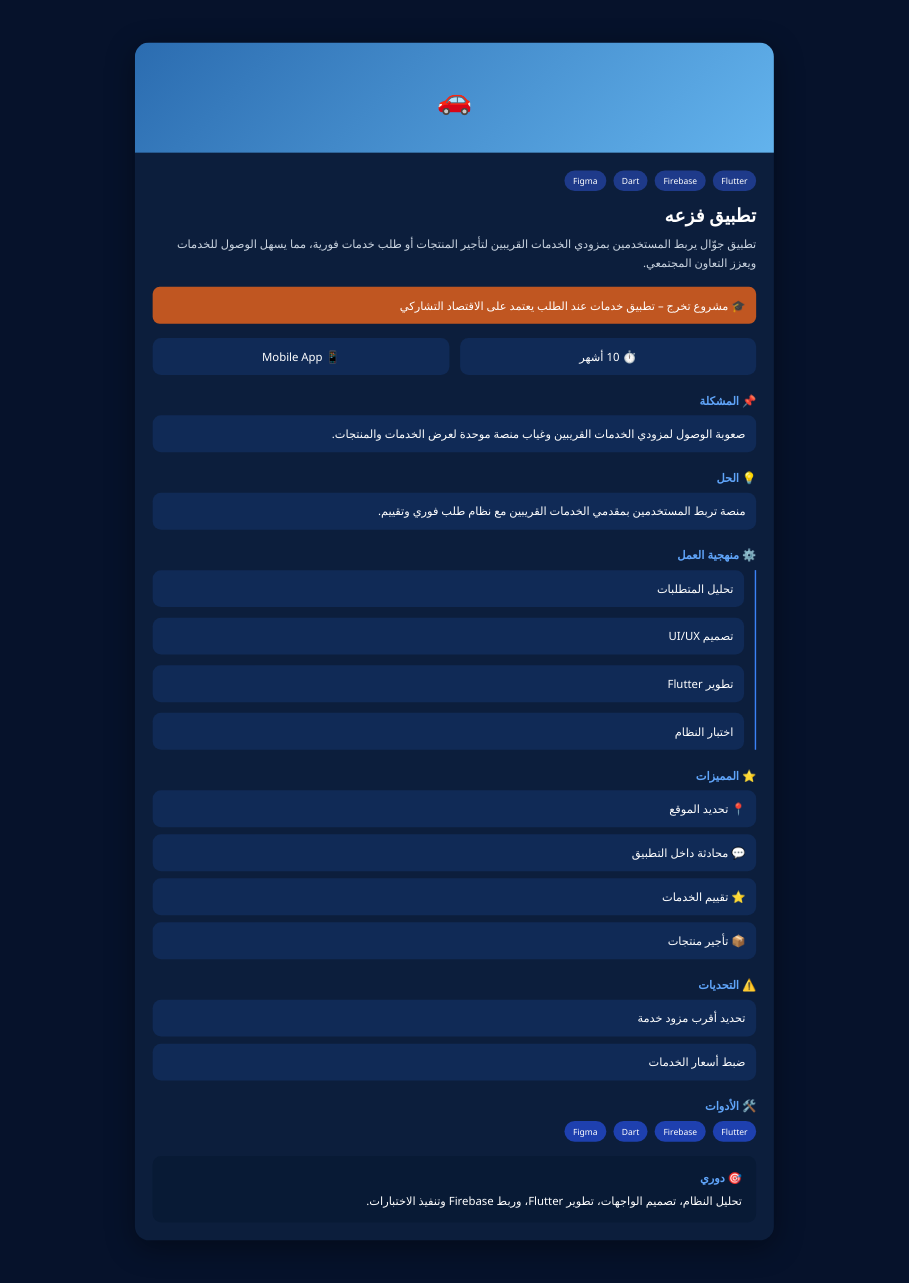
Repository: Safiah12/my-portfolio
Page: projects/project-1.html
The author's editor kept a copy of each file at every save. The page is drawn from the files as they stood at one save, then again after the next save.
The browser window is 1280 px wide. The pictures show the whole page, at 71% of full size.

Above is the page before, as saved 2026-04-28 09:22:23.

After the next save:
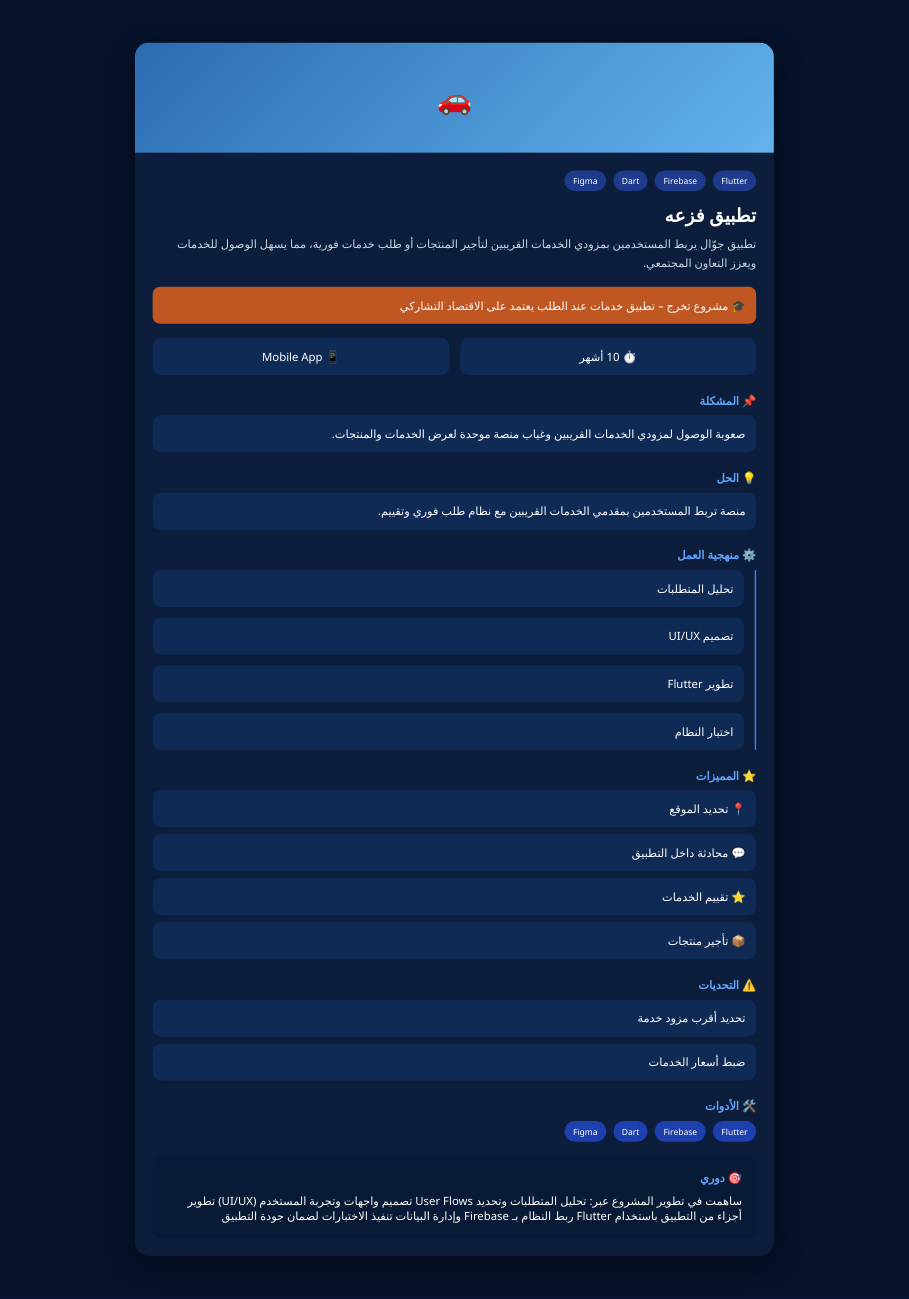
Saved 74 s later.
--- a/projects/project-1.html
+++ b/projects/project-1.html
@@ -240,8 +240,13 @@ body {
             <!-- Role -->
             <div class="footer">
                 <div class="section-title">🎯 دوري</div>
-                تحليل النظام، تصميم الواجهات، تطوير Flutter، وربط Firebase وتنفيذ الاختبارات.
-            </div>
+ساهمت في تطوير المشروع عبر:
+
+تحليل المتطلبات وتحديد User Flows
+تصميم واجهات وتجربة المستخدم (UI/UX)
+تطوير أجزاء من التطبيق باستخدام Flutter
+ربط النظام بـ Firebase وإدارة البيانات
+تنفيذ الاختبارات لضمان جودة التطبيق            </div>
 
         </div>
     </div>
